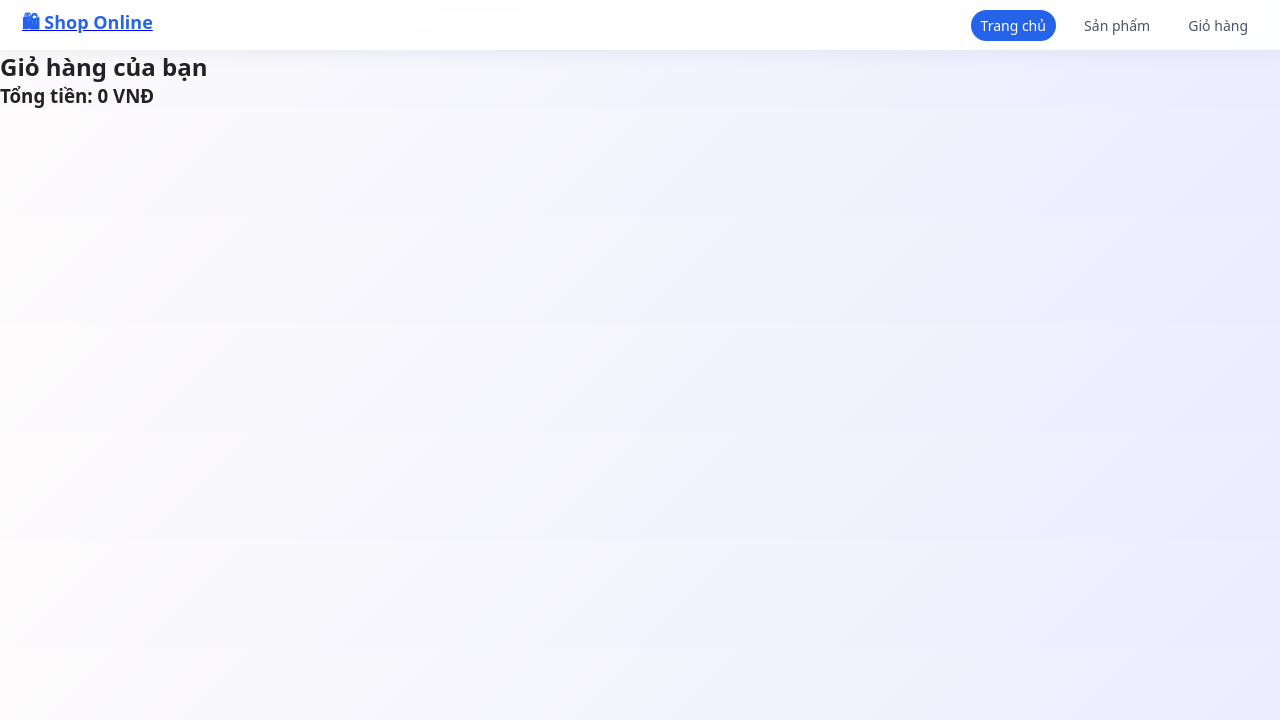
Repository: sapiens04/myshop_feuser
Page: cart.html
An editor plug-in stored every save of this project. The page is shown before and after the next save, followed by the edit.
The browser window is 1280 px wide. The pictures show the whole page.

Above is the page before, as saved 2025-11-18 18:28:12.

After the next save:
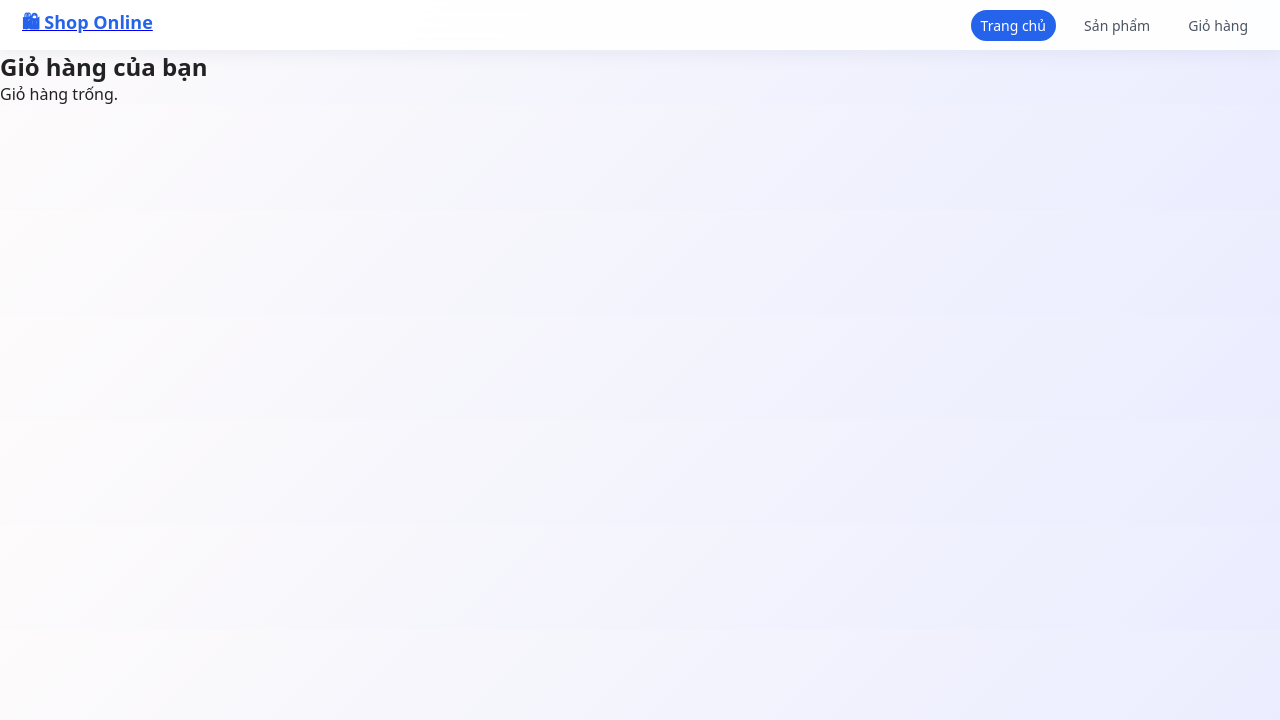
Saved 10 min 30 s later.
--- a/src/js/cart_badge.js
+++ b/src/js/cart_badge.js
@@ -16,10 +16,8 @@ function updateCartCount() {
     });
 }
 
-// Cập nhật khi load trang
 window.addEventListener("load", updateCartCount);
 
-// Cập nhật khi localStorage thay đổi từ tab khác (nếu mở nhiều tab)
 window.addEventListener("storage", (e) => {
     if (e.key === "cart") {
         updateCartCount();
--- a/src/js/cart.js
+++ b/src/js/cart.js
@@ -1,9 +1,22 @@
 function loadCart() {
-    const cart = JSON.parse(localStorage.getItem("cart") || "[]");
+    let cart = [];
+    try {
+        cart = JSON.parse(localStorage.getItem("cart") || "[]");
+    } catch (e) {
+        cart = [];
+    }
+
     const list = document.getElementById("cartList");
     let total = 0;
 
     list.innerHTML = "";
+
+    if (cart.length === 0) {
+        list.innerHTML = "<p>Giỏ hàng trống.</p>";
+        document.getElementById("totalPrice").textContent = "";
+        if (typeof updateCartCount === "function") updateCartCount();
+        return;
+    }
 
     cart.forEach(item => {
         total += item.price * item.qty;
@@ -27,17 +40,14 @@ function loadCart() {
     document.getElementById("totalPrice").textContent =
         "Tổng tiền: " + total.toLocaleString() + " VNĐ";
 
-    // 🔴 THÊM:
     if (typeof updateCartCount === "function") {
         updateCartCount();
     }
 }
 
-
 function changeQty(id, delta) {
-    const cart = JSON.parse(localStorage.getItem("cart") || "[]");
+    let cart = JSON.parse(localStorage.getItem("cart") || "[]");
     const item = cart.find(x => x.id === id);
-
     if (!item) return;
 
     item.qty += delta;
